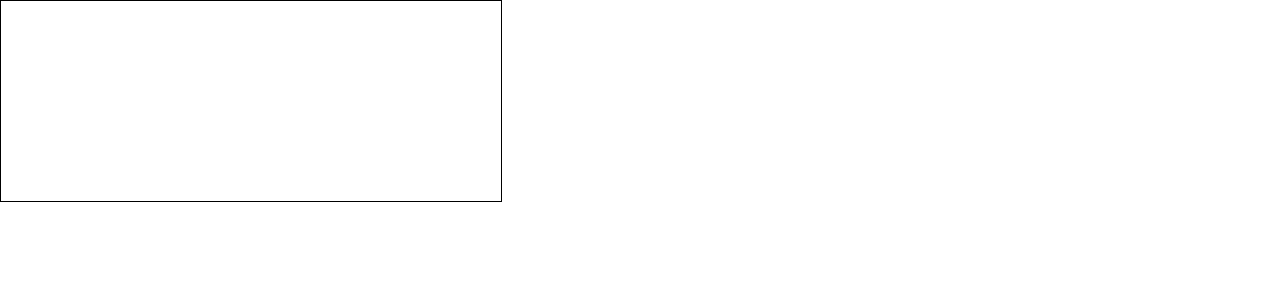
Repository: thecptwaffles/bad-game
Page: index.html
An editor plug-in stored every save of this project. The page is shown before and after the next save, followed by the edit.
The browser window is 1280 px wide. The pictures show the whole page.

Above is the page before, as saved 2022-02-04 19:44:53.

After the next save:
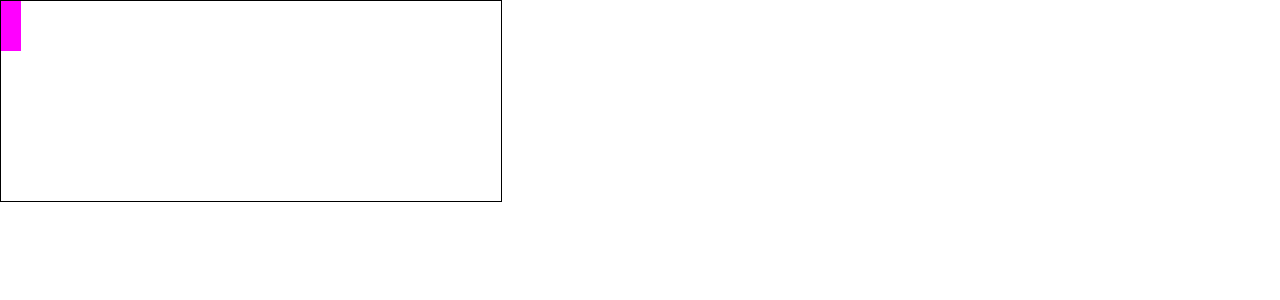
Saved 2 min 30 s later.
--- a/style.css
+++ b/style.css
@@ -8,3 +8,9 @@
     height: 200px;
     border: 1px solid black;
 }
+
+#Steve {
+    width: 20px;
+    height: 50px;
+    background-color: magenta;
+}
